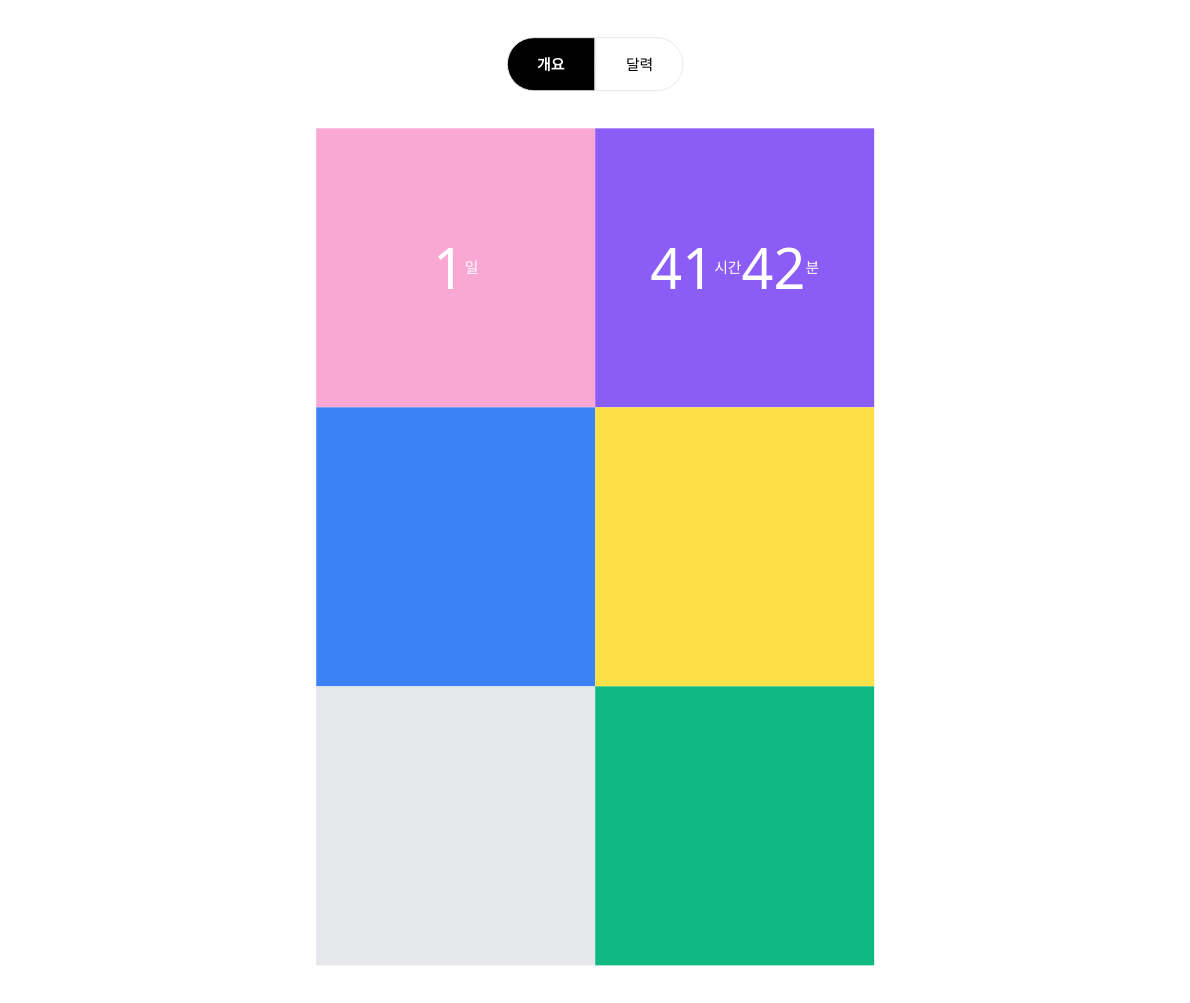
Repository: honey-punch/my-alcohol
Page: /
The author's editor kept a copy of each file at every save. The page is drawn from the files as they stood at one save, then again after the next save.
The browser window is 1280 px wide. The pictures show the whole page, at 93% of full size.
The project was rebuilt for these pictures with package versions that can differ from the ones it lists, and the page was loaded fresh each time. The framework's server and built-in components were replaced by stand-ins that run in the browser. Also part of the build but not shown: next.config.ts, src/app/_component/Calendar.tsx.

Above is the page before, as saved 2025-02-10 15:56:43.

After the next save:
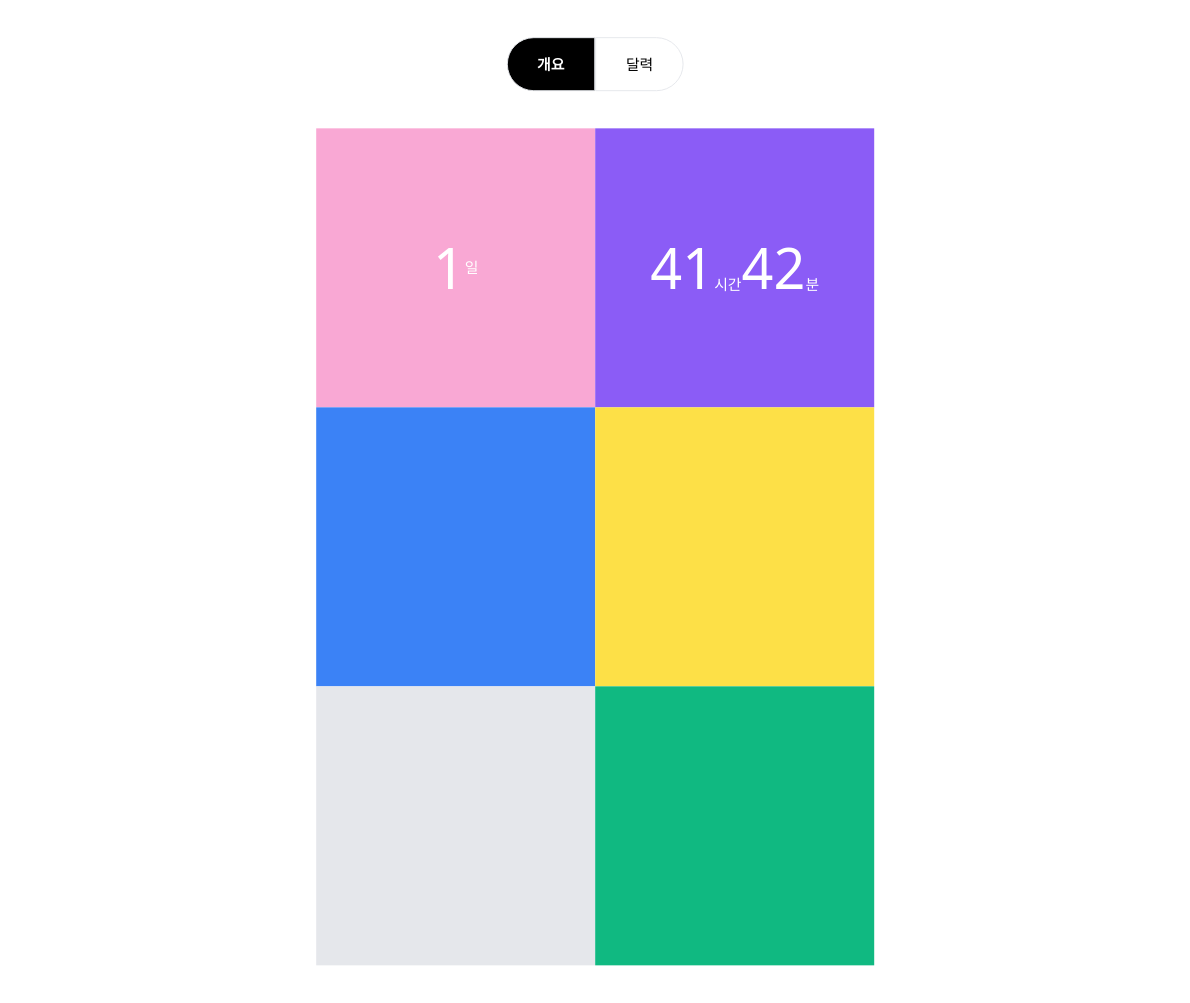
Saved 35 s later.
--- a/src/app/_component/Summary.tsx
+++ b/src/app/_component/Summary.tsx
@@ -25,10 +25,12 @@
         style={{ width: `${BOX_SIZE}px`, height: BOX_SIZE }}
         className="bg-violet-500 text-white flex justify-center items-center"
       >
-        <span className="text-6xl">{diffTime.diffHour}</span>
-        <span className="">시간</span>
-        <span className="text-6xl">{diffTime.diffMin}</span>
-        <span className="">분</span>
+        <div className="flex items-end">
+          <span className="text-6xl">{diffTime.diffHour}</span>
+          <span className="">시간</span>
+          <span className="text-6xl">{diffTime.diffMin}</span>
+          <span className="">분</span>
+        </div>
       </div>
       <div
         style={{ width: `${BOX_SIZE}px`, height: BOX_SIZE }}
